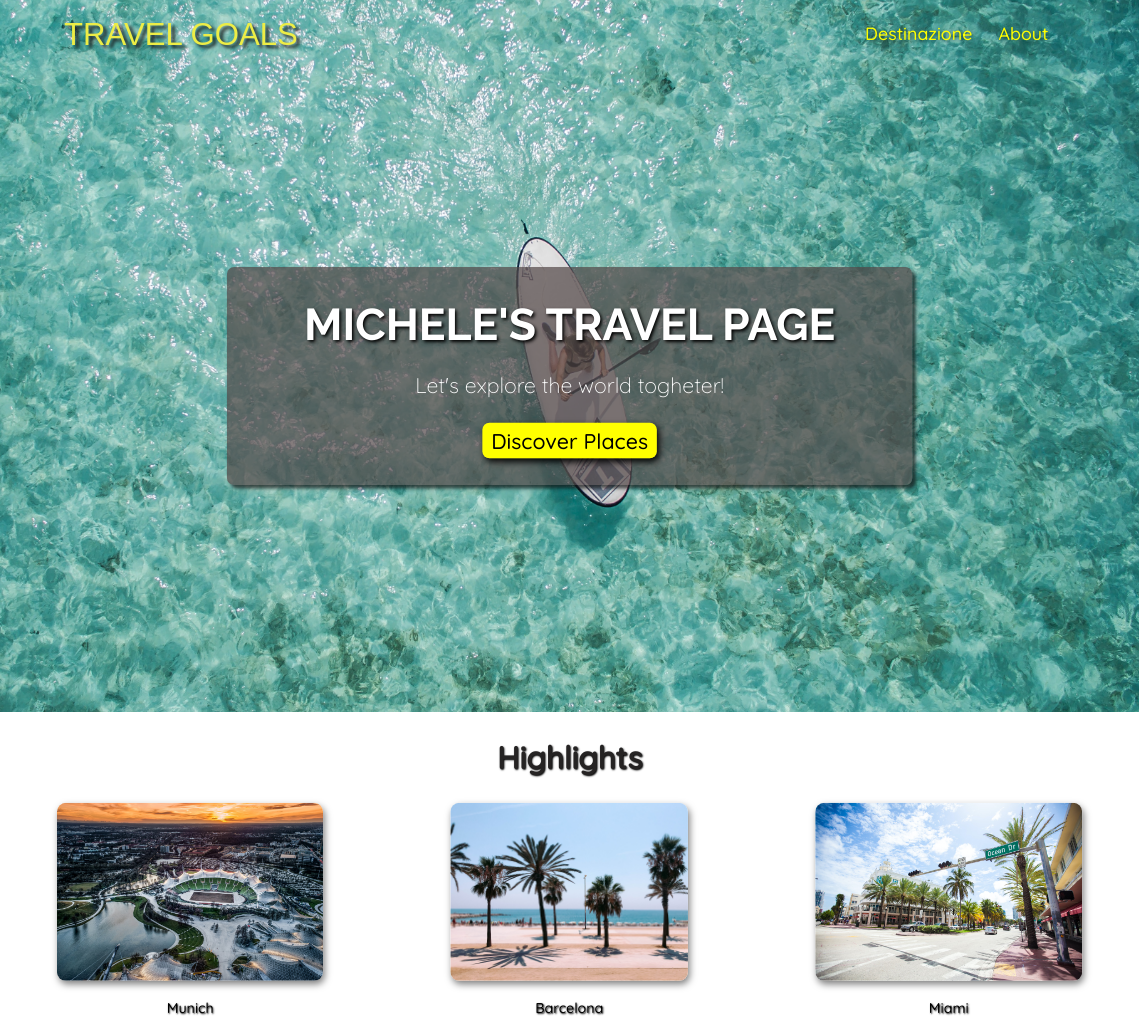
Repository: MicTomm/Travel-Goals
Page: index.html
An editor plug-in stored every save of this project. The page is shown before and after the next save, followed by the edit.
The browser window is 1280 px wide. The pictures show the whole page, at 89% of full size.
Some web fonts or font styles are not loaded; a fallback is used.

Above is the page before, as saved 2023-06-05 16:18:27.

### index.html
<!DOCTYPE html>
<html lang="it">

<head>
    <meta charset="UTF-8">
    <title>Travel Goals</title>
    <link rel="stylesheet"
        href="https://fonts.googleapis.com/css2?family=Raleway:wght@700&family=Oleo+Script:wght@700&family=Quicksand:wght@300;500&display=swap">
    <link href="styles/shared.css" rel="stylesheet">
    <link href="styles/main-page-style.css" rel="stylesheet">
</head>

<body>
    <header>
        <div id="logo">
            <a href="/index.html">Travel Goals</a>
        </div>
        <nav>
            <ul>
                <li><a href="/places.html">Destinazione</a></li>
                <li><a href="">About</a></li>
            </ul>
        </nav>
    </header>
    <main>
        <section id="hero-image-section">
            <div id="div-section1">
                <h1>Michele's Travel Page</h1>
                <p>Let's explore the world togheter!</p>
                <a href="/places.html">Discover Places</a>
            </div>
        </section>
        <section id="highlights">
            <h2>Highlights</h2>
            <ul id="destinations">
                <li class="destination">
                    <img src="/images/places/munich.jpg" alt="Munich">
                    <p>Munich</p>
                </li>
                <li class="destination">
                    <img src="/images/places/barcelona.jpg" alt="Barcelona">
                    <p>Barcelona</p>
                </li>
                <li class="destination">
                    <img src="images/places/miami.jpg" alt="Miami">
                    <p>Miami</p>
                </li>
            </ul>

        </section>
    </main>
    <footer></footer>
</body>

</html>

### styles/shared.css
body{
    margin: 0px;
    font-family: 'Quicksand', sans-serif;
}

#logo a{
    font-family: 'Oleo script', sans-serif;
    font-size: 35px;
    text-decoration: none;
    color: rgb(237, 237, 70);
    text-shadow: 4px 4px 4px rgb(31, 29, 29);
    text-transform: uppercase;
}

#logo a:hover{
    background-color: transparent;

}

### styles/main-page-style.css
header {
    display: flex;
    justify-content: space-between;
    align-items: center;
    padding: 15px 60px;
    position: absolute;
    width: 100%;
    box-sizing: border-box;
}

ul {
    list-style: none;
    padding: 0px;
    margin: 0px;
}

header ul {
    margin: 10px;
    display: flex;
    justify-content: space-between;
    width: 250px;
}

header li {
    width: 100px;
}

header a{
    font-size: 20px;
    text-decoration: none;
    color: yellow;
    text-shadow: 1px 1px 4px rgba(0, 0, 0, 0.5);
    padding: 12px;
}

header a:hover{
    background-color: yellow;
    box-shadow: 2px 2px 4px rgba(0, 0, 0, 0.5);
    color: rgb(67, 60, 60);
    text-shadow: 1px 1px 2px rgb(0, 0, 0, 0.5);
    border-radius: 8px;
}

#hero-image-section {
    text-align: center;
    background-image: url("/images/places/ocean.jpg");
    background-position: center;
    background-size: cover;
    height: 800px;
    /* padding-top: 100px; (alternativa per spostare div-section1 più in basso)*/
}

#div-section1 {
    background-color: rgba(82, 70, 70, 0.7);
    box-shadow: 4px 4px 4px rgba(18, 18, 18, 0.7);
    width: 700px;
    margin: 0px auto;
    padding: 35px;
    border-radius: 8px;
    position: relative;
    top: 300px;
}

#div-section1 h1 {
    font-size: 50px;
    color: white;
    font-family: 'Raleway', sans-serif;
    text-shadow: 2px 2px 4px black;
    text-transform: uppercase;
    margin: 0px;
}

#div-section1 p {
    color: white;
    font-size: 24px;
    font-weight: 300;
    margin-bottom: 32px;
}

#div-section1 a{
 font-size: 24px;
 text-decoration: none;
 color: black;
 border-radius: 8px;
 background-color: yellow;
 padding: 5px 10px;
 box-shadow: 3px 4px 8px black;
}

#div-section1 a:hover{
    background-color: greenyellow;
    text-shadow: 1px 1px 2px rgba(0, 0, 0, 0.5);
}

#highlights{
    text-align: center;
}

#highlights ul{
    display: flex;
    width: 90%;
    margin: 0px auto;
    justify-content: space-between;
}

#highlights li{
    background-size:cover;

}

#highlights img{
    height: 200px;
    box-shadow: 2px 4px 8px rgb(0, 0, 0, 0.5);
    border-radius: 10px;
}

#highlights h2{
    font-size: 35px;
    text-shadow: 1px 1px 2px black;
    color: rgb(37, 35, 35);
}

#highlights p{
    text-shadow: 1px 1px 2px black;
}

After the next save:
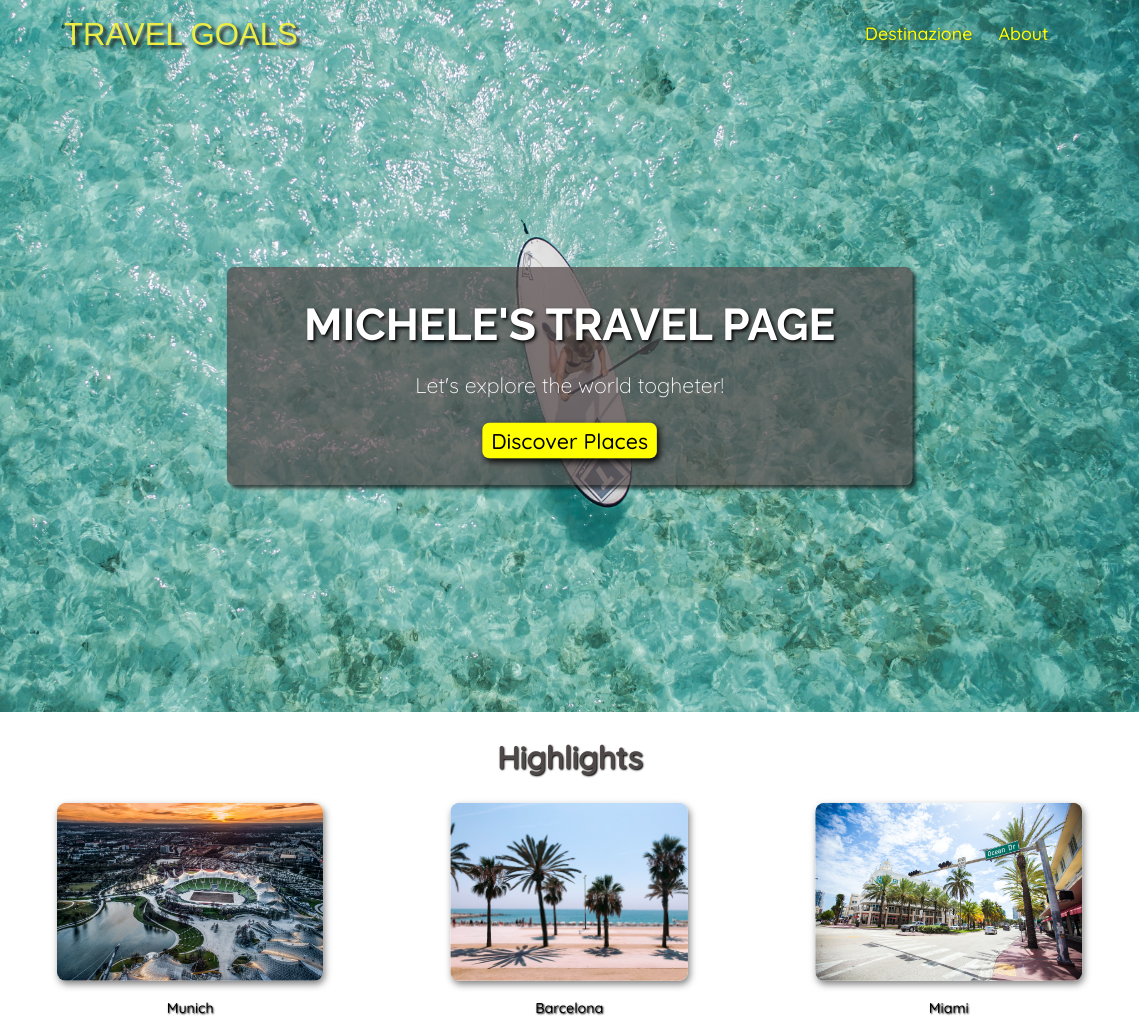
Saved 14 s later.
--- a/styles/main-page-style.css
+++ b/styles/main-page-style.css
@@ -117,7 +117,7 @@ header a:hover{
 #highlights h2{
     font-size: 35px;
     text-shadow: 1px 1px 2px black;
-    color: rgb(37, 35, 35);
+    color: rgb(79, 72, 72);
 }
 
 #highlights p{
